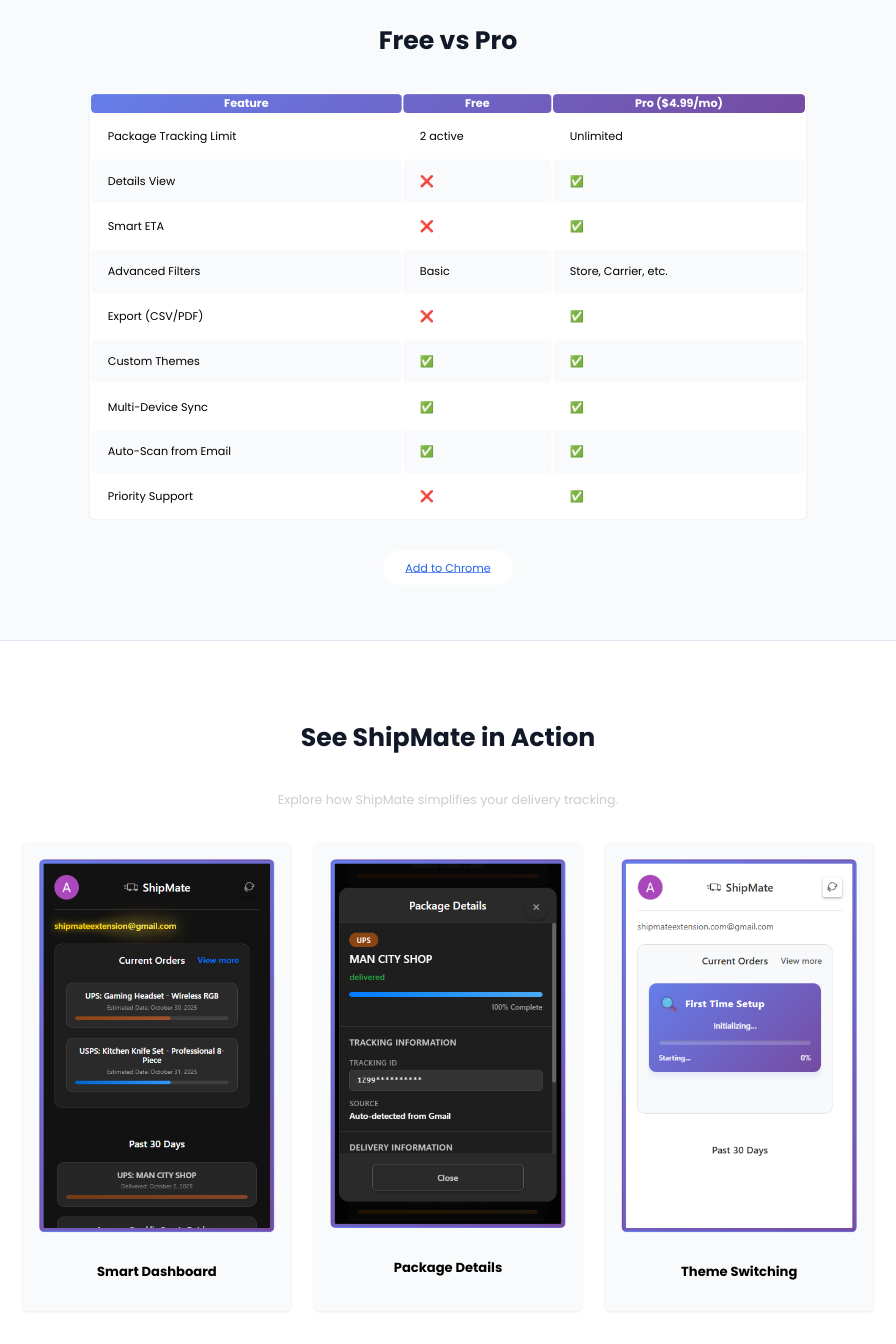
Repository: epeguero8311/shipmate-website
Page: index.html
The author's editor kept a copy of each file at every save. The page is drawn from the files as they stood at one save, then again after the next save.
The browser window is 1280 px wide. The pictures show the part of the page from y = 1089 to 3009 px (the page is 3520 px tall before and 3552 px after), at 70% of full size.

Above is the page before, as saved 2025-10-29 14:43:20.

### index.html
<!DOCTYPE html>
<html lang="en">
<head>
  <meta charset="UTF-8" />
  <meta name="viewport" content="width=device-width, initial-scale=1.0" />
  <title>ShipMate – Package Tracking Chrome Extension</title>
  <meta name="description" content="ShipMate lets you track all your packages effortlessly, straight from your Gmail inbox." />
  <link rel="icon" href="assets/icon.png" type="image/png" />
  <link rel="stylesheet" href="styles.css" />
</head>
<body class="body">
  <header class="header">
    <div class="header-container">
      <div class="header-logo-title">
        <h1 class="header-title">ShipMate</h1>
        <img src="assets/icon.png" alt="ShipMate Logo" class="header-logo" />
      </div>
      <p class="header-subtitle">Track your packages effortlessly, straight from your Gmail inbox.</p>
        <div class="header-buttons">
          <a href="https://chromewebstore.google.com/detail/[your-extension-id]" class="btn btn-primary">Add to Chrome</a>
        </div>
    </div>
  </header>

  <section class="section">
    <div class="section-container">
      <h2 class="section-title">Why ShipMate?</h2>
      <p class="section-subtitle">ShipMate transforms package tracking with a clean, intuitive interface, pulling delivery details directly from Gmail.</p>
      <div class="grid">
        <div class="card fade-in">
          <h3 class="card-title">Auto-Tracking</h3>
          <p class="card-text">Instantly pulls tracking info from your Gmail and updates automatically.</p>
        </div>
        <div class="card fade-in">
          <h3 class="card-title">Smart Dashboard</h3>
          <p class="card-text">Organizes "In Progress" packages with powerful sorting and filtering.</p>
        </div>
        <div class="card fade-in">
          <h3 class="card-title">Customizable UI</h3>
          <p class="card-text">Toggle between light and dark modes for a tailored experience.</p>
        </div>
      </div>
    </div>
  </section>

  <section class="section-alt">
    <div class="section-container">
      <h2 class="section-title">Free vs Pro</h2>
      <div class="table-wrapper">
        <table class="table">
          <thead>
            <tr class="table-header">
              <th>Feature</th>
              <th>Free</th>
              <th>Pro ($4.99/mo)</th>
            </tr>
          </thead>
          <tbody>
            <tr><td>Package Tracking Limit</td><td>2 active</td><td>Unlimited</td></tr>
            <tr><td>Details View</td><td>❌</td><td>✅</td></tr>
            <tr><td>Smart ETA</td><td>❌</td><td>✅</td></tr>
            <tr><td>Advanced Filters</td><td>Basic</td><td>Store, Carrier, etc.</td></tr>
            <tr><td>Export (CSV/PDF)</td><td>❌</td><td>✅</td></tr>
            <tr><td>Custom Themes</td><td>✅</td><td>✅</td></tr>
            <tr><td>Multi-Device Sync</td><td>✅</td><td>✅</td></tr>
            <tr><td>Auto-Scan from Email</td><td>✅</td><td>✅</td></tr>
            <tr><td>Priority Support</td><td>❌</td><td>✅</td></tr>
          </tbody>
        </table>
      </div>
    </div>
          <div class="header-buttons">
          <a href="https://chromewebstore.google.com/detail/[your-extension-id]" class="btn2 btn2-primary">Add to Chrome</a>
        </div>
  </section>

  <section class="section">
    <div class="section-container">
      <h2 class="section-title">See ShipMate in Action</h2>
      <p class="section-subtitle">Explore how ShipMate simplifies your delivery tracking.</p>
      <div class="grid grid-screenshots">
        <div class="card fade-in"><img src="assets/screenshot1.png" class="screenshot-img" alt="Dashboard"><h3>Smart Dashboard</h3></div>
        <div class="card fade-in"><img src="assets/screenshot2.png" class="screenshot-img" alt="Package Details"><h3>Package Details</h3></div>
        <div class="card fade-in"><img src="assets/screenshot3.png" class="screenshot-img" alt="Dark Mode"><h3>Theme Switching</h3></div>
      </div>
    </div>
  </section>

  <section class="cta">
    <div class="cta-container">
      <h2 class="section-title">Track Smarter with ShipMate</h2>
      <p class="section-subtitle">Install ShipMate now for effortless tracking. Go Pro for unlimited features.</p>
      <div class="header-buttons">
        <a href="privacy.html" class="btn btn-secondary">Privacy Policy</a>
        <a href="terms.html" class="btn btn-secondary">Terms of Service</a>
      </div>
    </div>
  </section>

  <footer class="footer">
    <p>&copy; 2025 ShipMate. All rights reserved. | <a href="terms.html">Terms</a> | <a href="privacy.html">Privacy</a> | Contact shipmateextension@gmail.com</p>
  </footer>

  <style>
    /* Button group styling */
    .header-buttons {
      display: flex;
      gap: 12px;
      justify-content: center;
      align-items: center;
      flex-wrap: wrap;
      margin-top: 20px;
    }

    .btn-secondary {
      background: transparent;
      color: #ffffff;
      border: 2px solid #ececec;
      padding: 12px 24px;
      border-radius: 8px;
      text-decoration: none;
      font-weight: 600;
      font-size: 16px;
      transition: all 0.3s ease;
      display: inline-block;
    }

    .btn-secondary:hover {
      background: #667eea;
      color: white;
      transform: translateY(-2px);
      box-shadow: 0 4px 12px rgba(102, 126, 234, 0.3);
    }
  </style>
</body>
</html>

### styles.css
@import url('https://fonts.googleapis.com/css2?family=Poppins:wght@400;600;700&display=swap');


html {
  scroll-behavior: smooth;
  -ms-overflow-style: none;
  scrollbar-width: none;
}

html::-webkit-scrollbar {
  display: none;
}

body {
  background: linear-gradient(135deg, #667eea 0%, #764ba2 100%);
  margin: 0;
  font-family: 'Poppins', sans-serif;
  -webkit-font-smoothing: antialiased;
}

.header-container {
  max-width: 100%;
  padding: 0 1rem;
  text-align: center;
}

.header {
  background: linear-gradient(135deg, #667eea 0%, #764ba2 100%);
  color: white;
  padding: 4rem 0;
}

.header-logo-title {
  display: flex;
  align-items: center;
  justify-content: center;
  gap: 1rem;
}

.header-logo {
  width: 8%;
  height: 8%;
}

.header-title {
  font-size: 2.25rem;
  font-weight: 800;
  letter-spacing: -0.025em;
  animation: fadeIn 1s forwards;
}

@media (min-width: 768px) {
  .header-title {
    font-size: 3rem;
  }
}

.header-subtitle {
  margin-top: 1rem;
  font-size: 1.125rem;
  color: #DBEAFE;
  max-width: 32rem;
  margin-left: auto;
  margin-right: auto;
}

@media (min-width: 768px) {
  .header-subtitle {
    font-size: 1.25rem;
  }
}

.btn {
  display: inline-block;
  font-weight: 500;
  padding: 0.75rem 2rem;
  border-radius: 9999px;
  transition: all 0.3s ease;
}

.btn-primary {
  background-color: white;
  color: #2563EB;
  margin-top: 1.5rem;
}

.btn-primary:hover {
  transform: scale(1.05);
  background-color: #EFF6FF;
}

.btn2 {
  display: inline-block;
  font-weight: 500;
  padding: 0.75rem 2rem;
  border-radius: 9999px;
  transition: all 0.3s ease;
}

.btn2-primary {
  background-color: rgb(255, 255, 255);
  border-color: #0051ff;
  color: #2563EB;
  margin-top: 1.5rem;
}

.btn2-primary:hover {
  transform: scale(1.05);
    border-color: #0051ff;
  background-color: #e9e9e9;
}

.btn2-primary {
  background-color: rgb(255, 255, 255);
  color: #2563EB;
  border-color: #0051ff;
  margin-top: 1.5rem;
}

.btn2-primary:hover {
  transform: scale(1.05);
  border-color: #0051ff;
  background-color: #EFF6FF;
}

.section {
  padding: 5rem 0;
  background-color: white;
}

.section-alt {
  padding: 5rem 0;
  background-color: #F9FAFB;
}

.section-container {
  max-width: 100%;
  padding: 0 1rem;
}

.section-title {
  font-size: 1.875rem;
  font-weight: 700;
  color: #111827;
  text-align: center;
  margin-bottom: 3rem;
  animation: fadeIn 1s forwards;
}

@media (min-width: 768px) {
  .section-title {
    font-size: 2.25rem;
  }
}

.section-subtitle {
  text-align: center;
  color: #cccccc;
  margin-bottom: 3rem;
  max-width: 48rem;
  margin-left: auto;
  margin-right: auto;
  font-size: 1.125rem;
}

.grid {
  display: grid;
  gap: 3rem;
  padding: 0 1rem;
}

@media (min-width: 768px) {
  .grid {
    grid-template-columns: repeat(3, 1fr);
  }
}

.grid-screenshots {
  display: grid;
  gap: 2rem;
  padding: 0 1rem;
}

@media (min-width: 768px) {
  .grid-screenshots {
    grid-template-columns: repeat(3, 1fr);
    grid-template-rows: auto;
  }
}

@media (max-width: 767px) {
  .grid-screenshots {
    grid-template-columns: 1fr;
  }
}

.card {
  text-align: center;
  padding: 1.5rem;
  background-color: #F9FAFB;
  border-radius: 0.5rem;
  box-shadow: 0 1px 3px rgba(0, 0, 0, 0.1);
  transition: transform 0.3s ease;
}

.card:hover {
  transform: scale(1.05);
}

.card-title {
  font-size: 1.25rem;
  font-weight: 600;
  color: #1F2937;
  margin-bottom: 0.75rem;
}

.card-text {
  color: #6B7280;
}

.screenshot-img {
  width: 100%;
  height: auto;
  border-radius: 0.5rem;
  margin-bottom: 1rem;
  border: 2px solid transparent;
  background: linear-gradient(135deg, #667eea 0%, #764ba2 100%);
  padding: 4px;
  box-sizing: border-box;
}

.table-wrapper {
  overflow-x: auto;
  padding: 0 1rem;
}

.table {
width: 100%;
  max-width: 64rem;
  margin-left: auto;
  margin-right: auto;
  background-color: white;
  border-radius: 0.5rem;
  box-shadow: 0 1px 3px rgba(0, 0, 0, 0.1);
}

.table-header {
  background: linear-gradient(135deg, #667eea 0%, #764ba2 100%);
  color: white;
}

.table-cell {
  padding: 1rem 1.5rem;
  text-align: center;
  font-size: 0.875rem;
  font-weight: 500;
}

.table-cell-left {
  padding: 1rem 1.5rem;
  text-align: left;
  font-size: 0.875rem;
  font-weight: 500;
}

.table-body {
  color: #4B5563;
}

.table-row {
  border-bottom: 1px solid #E5E7EB;
}

.table tbody tr {
  height: auto; /* allow flexible row height */
}

.table tbody tr td,
.table tbody tr th {
  padding: 1.2rem 1.5rem; /* more vertical + horizontal padding */
  line-height: 1.5;       /* increase line height for readability */
}

.table tbody tr:not(:last-child) {
  border-bottom: 1px solid #e5e7eb; /* subtle separation between rows */
}

/* Optional: alternating row color for clarity */
.table tbody tr:nth-child(even) {
  background-color: #f9fafc;
}

/* Optional: slightly rounded cells for a modern look */
.table td, .table th {
  border-radius: 6px;
}

.text-center {
  text-align: center;
}

.cta {
  padding: 5rem 0;
  background: linear-gradient(135deg, #667eea 0%, #764ba2 100%);
  color: white;
}

.cta-container {
  max-width: 100%;
  padding: 0 1rem;
  text-align: center;
}

.cta-buttons {
  display: flex;
  flex-direction: column;
  justify-content: center;
  gap: 1.5rem;
}

@media (min-width: 640px) {
  .cta-buttons {
    flex-direction: row;
  }
}

.btn-secondary {
  background-color: #030303;
  color: #000000;
}

.btn-secondary:hover {
  transform: scale(1.05);
  background-color: #FCD34D;
}

.footer {
  display: flex;
  justify-content: center;
  align-items: center;
  flex-direction: column;
  background-color: #111827;
}

.footer-container {
  max-width: 100%;
  padding: 0 1rem;
  text-align: center;
}

.footer-link {
  margin-top: 0.5rem;
}
.footer a {
  color: white;
  text-decoration: none;
}
.footer p {
  color: white;
  text-decoration: none;
}
.link {
  text-decoration: underline;
  color: #D1D5DB;
}

.link:hover {
  color: white;
}

.fade-in {
  opacity: 0;
  animation: fadeIn 1s forwards;
}

@keyframes fadeIn {
  to { opacity: 1; }
}

After the next save:
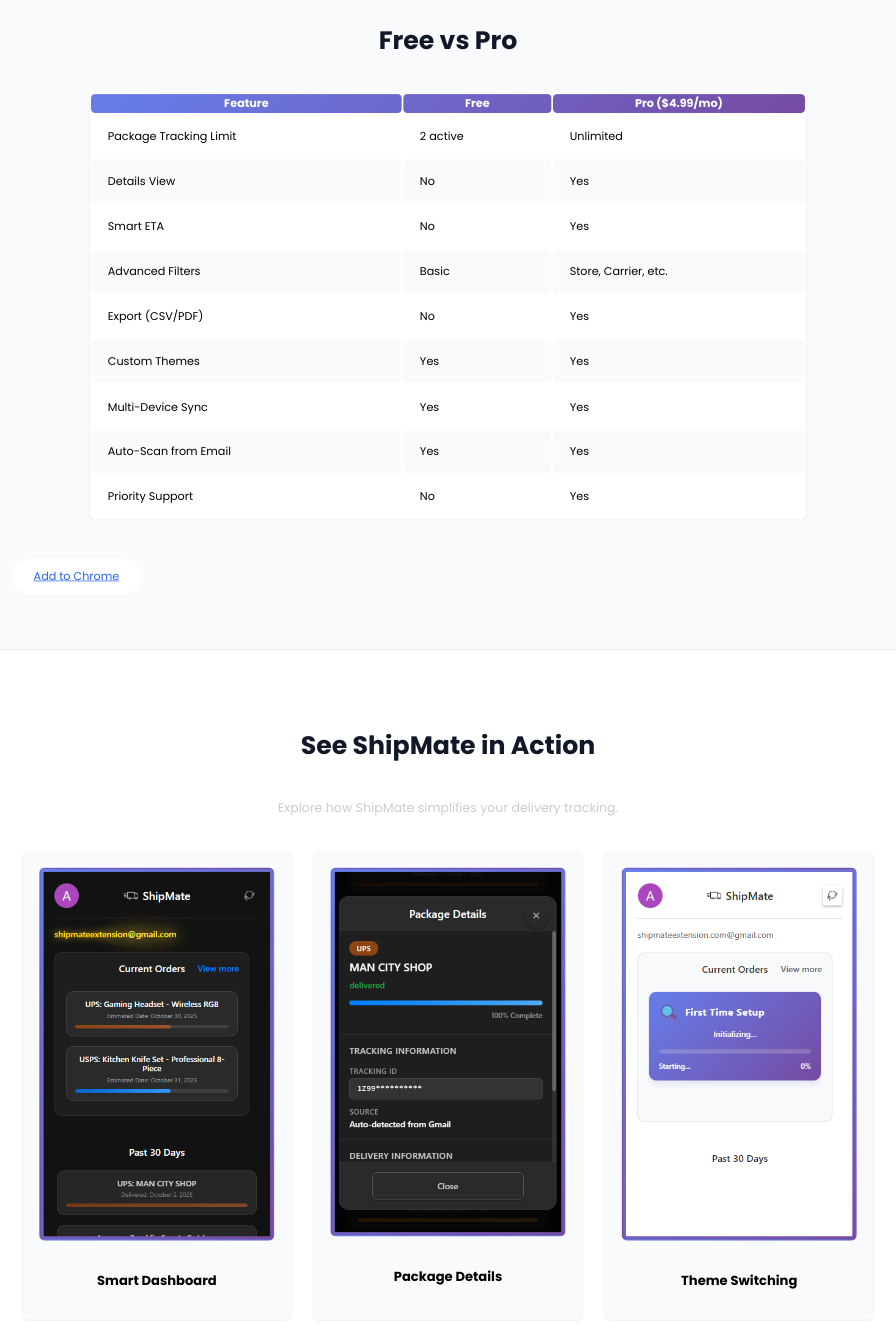
Saved 107 s later.
--- a/index.html
+++ b/index.html
@@ -2,13 +2,16 @@
 <html lang="en">
 <head>
   <meta charset="UTF-8" />
-  <meta name="viewport" content="width=device-width, initial-scale=1.0" />
+  <meta name="viewport" content="width=device-width, initial-scale=1 insulated-scale=1.0" />
   <title>ShipMate – Package Tracking Chrome Extension</title>
   <meta name="description" content="ShipMate lets you track all your packages effortlessly, straight from your Gmail inbox." />
   <link rel="icon" href="assets/icon.png" type="image/png" />
+  <link href="https://fonts.googleapis.com/css2?family=Poppins:wght@400;600;700&display=swap" rel="stylesheet">
   <link rel="stylesheet" href="styles.css" />
 </head>
-<body class="body">
+<body>
+
+  <!-- HEADER -->
   <header class="header">
     <div class="header-container">
       <div class="header-logo-title">
@@ -16,12 +19,13 @@
         <img src="assets/icon.png" alt="ShipMate Logo" class="header-logo" />
       </div>
       <p class="header-subtitle">Track your packages effortlessly, straight from your Gmail inbox.</p>
-        <div class="header-buttons">
-          <a href="https://chromewebstore.google.com/detail/[your-extension-id]" class="btn btn-primary">Add to Chrome</a>
-        </div>
+      <div class="header-buttons">
+        <a href="https://chromewebstore.google.com/detail/[your-extension-id]" class="btn btn-primary">Add to Chrome</a>
+      </div>
     </div>
   </header>
 
+  <!-- WHY SHIPMATE -->
   <section class="section">
     <div class="section-container">
       <h2 class="section-title">Why ShipMate?</h2>
@@ -43,6 +47,7 @@
     </div>
   </section>
 
+  <!-- FREE VS PRO -->
   <section class="section-alt">
     <div class="section-container">
       <h2 class="section-title">Free vs Pro</h2>
@@ -57,80 +62,69 @@
           </thead>
           <tbody>
             <tr><td>Package Tracking Limit</td><td>2 active</td><td>Unlimited</td></tr>
-            <tr><td>Details View</td><td>❌</td><td>✅</td></tr>
-            <tr><td>Smart ETA</td><td>❌</td><td>✅</td></tr>
+            <tr><td>Details View</td><td>No</td><td>Yes</td></tr>
+            <tr><td>Smart ETA</td><td>No</td><td>Yes</td></tr>
             <tr><td>Advanced Filters</td><td>Basic</td><td>Store, Carrier, etc.</td></tr>
-            <tr><td>Export (CSV/PDF)</td><td>❌</td><td>✅</td></tr>
-            <tr><td>Custom Themes</td><td>✅</td><td>✅</td></tr>
-            <tr><td>Multi-Device Sync</td><td>✅</td><td>✅</td></tr>
-            <tr><td>Auto-Scan from Email</td><td>✅</td><td>✅</td></tr>
-            <tr><td>Priority Support</td><td>❌</td><td>✅</td></tr>
+            <tr><td>Export (CSV/PDF)</td><td>No</td><td>Yes</td></tr>
+            <tr><td>Custom Themes</td><td>Yes</td><td>Yes</td></tr>
+            <tr><td>Multi-Device Sync</td><td>Yes</td><td>Yes</td></tr>
+            <tr><td>Auto-Scan from Email</td><td>Yes</td><td>Yes</td></tr>
+            <tr><td>Priority Support</td><td>No</td><td>Yes</td></tr>
           </tbody>
         </table>
       </div>
+      <div class="header-buttons" style="margin-top: 2rem;">
+        <a href="https://chromewebstore.google.com/detail/[your-extension-id]" class="btn2 btn2-primary">Add to Chrome</a>
+      </div>
     </div>
-          <div class="header-buttons">
-          <a href="https://chromewebstore.google.com/detail/[your-extension-id]" class="btn2 btn2-primary">Add to Chrome</a>
-        </div>
   </section>
 
+  <!-- SCREENSHOTS -->
   <section class="section">
     <div class="section-container">
       <h2 class="section-title">See ShipMate in Action</h2>
       <p class="section-subtitle">Explore how ShipMate simplifies your delivery tracking.</p>
       <div class="grid grid-screenshots">
-        <div class="card fade-in"><img src="assets/screenshot1.png" class="screenshot-img" alt="Dashboard"><h3>Smart Dashboard</h3></div>
-        <div class="card fade-in"><img src="assets/screenshot2.png" class="screenshot-img" alt="Package Details"><h3>Package Details</h3></div>
-        <div class="card fade-in"><img src="assets/screenshot3.png" class="screenshot-img" alt="Dark Mode"><h3>Theme Switching</h3></div>
+        <div class="card fade-in">
+          <img src="assets/screenshot1.png" class="screenshot-img" alt="Dashboard">
+          <h3>Smart Dashboard</h3>
+        </div>
+        <div class="card fade-in">
+          <img src="assets/screenshot2.png" class="screenshot-img" alt="Package Details">
+          <h3>Package Details</h3>
+        </div>
+        <div class="card fade-in">
+          <img src="assets/screenshot3.png" class="screenshot-img" alt="Dark Mode">
+          <h3>Theme Switching</h3>
+        </div>
       </div>
     </div>
   </section>
 
+  <!-- CTA -->
   <section class="cta">
     <div class="cta-container">
       <h2 class="section-title">Track Smarter with ShipMate</h2>
       <p class="section-subtitle">Install ShipMate now for effortless tracking. Go Pro for unlimited features.</p>
       <div class="header-buttons">
         <a href="privacy.html" class="btn btn-secondary">Privacy Policy</a>
+        <a href="https://chromewebstore.google.com/detail/[your-extension-id]" class="btn btn-primary">Add to Chrome</a>
         <a href="terms.html" class="btn btn-secondary">Terms of Service</a>
       </div>
     </div>
   </section>
 
+  <!-- FOOTER -->
   <footer class="footer">
-    <p>&copy; 2025 ShipMate. All rights reserved. | <a href="terms.html">Terms</a> | <a href="privacy.html">Privacy</a> | Contact shipmateextension@gmail.com</p>
+    <div class="footer-container">
+      <p>
+        &copy; 2025 ShipMate. All rights reserved. |
+        <a href="terms.html" class="link">Terms</a> |
+        <a href="privacy.html" class="link">Privacy</a> |
+        Contact: shipmateextension@gmail.com
+      </p>
+    </div>
   </footer>
 
-  <style>
-    /* Button group styling */
-    .header-buttons {
-      display: flex;
-      gap: 12px;
-      justify-content: center;
-      align-items: center;
-      flex-wrap: wrap;
-      margin-top: 20px;
-    }
-
-    .btn-secondary {
-      background: transparent;
-      color: #ffffff;
-      border: 2px solid #ececec;
-      padding: 12px 24px;
-      border-radius: 8px;
-      text-decoration: none;
-      font-weight: 600;
-      font-size: 16px;
-      transition: all 0.3s ease;
-      display: inline-block;
-    }
-
-    .btn-secondary:hover {
-      background: #667eea;
-      color: white;
-      transform: translateY(-2px);
-      box-shadow: 0 4px 12px rgba(102, 126, 234, 0.3);
-    }
-  </style>
 </body>
 </html>
